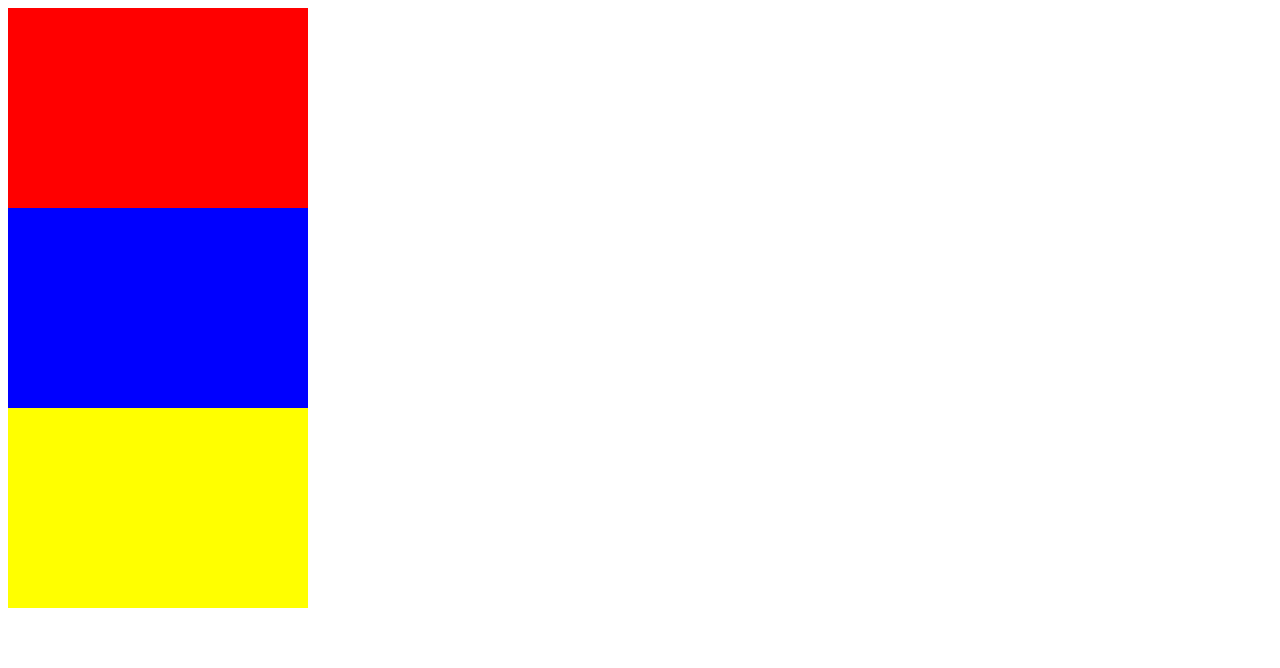
Repository: dron512/jspsogo
Page: http://localhost/ex0315/f.jsp
These files come from the project's save history. The page is drawn as it stood at one moment and after the next save; the edit follows.
The browser window is 1280 px wide. The pictures show the whole page.
The page is served by Tomcat 9.

Above is the page before, as saved 2022-03-15 06:50:09.

After the next save:
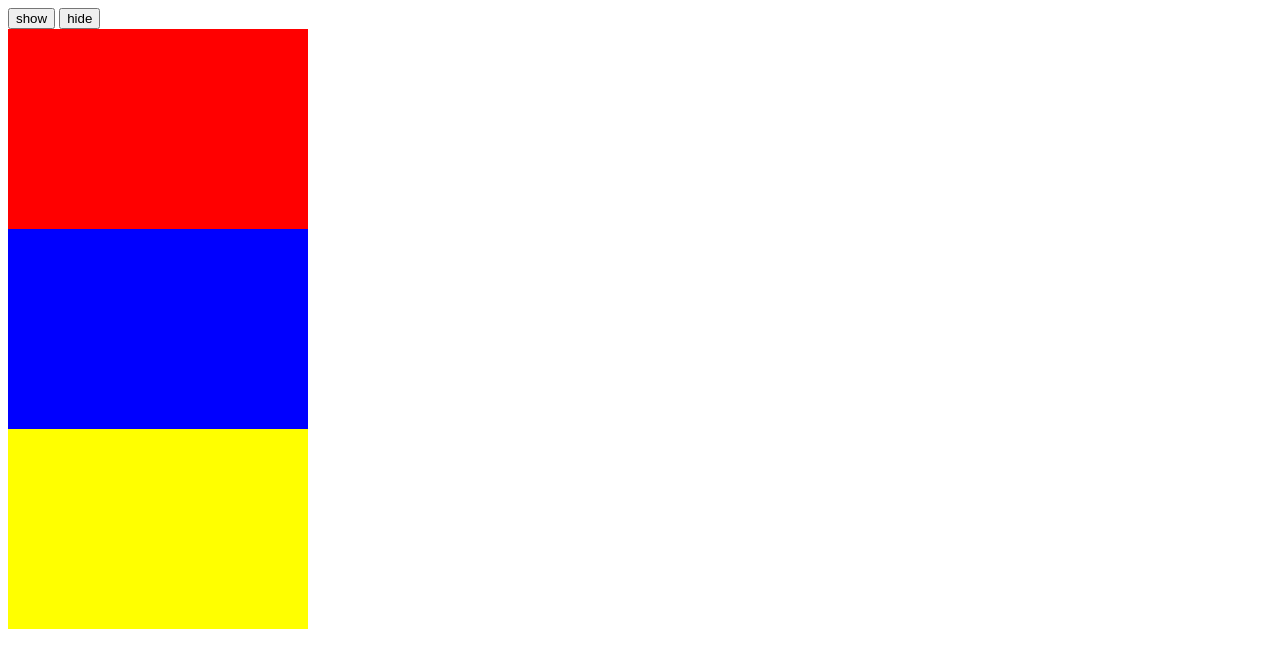
Saved 116 s later.
--- a/jsp_work2-2/ex0315/src/main/webapp/f.jsp
+++ b/jsp_work2-2/ex0315/src/main/webapp/f.jsp
@@ -24,6 +24,8 @@
 </script>
 </head>
 <body>
+<button>show</button>
+<button>hide</button>
 <%
 	for(int i =0; i<3;i++){
 		out.println("<div id=\"div"+i+"\"></div>");
